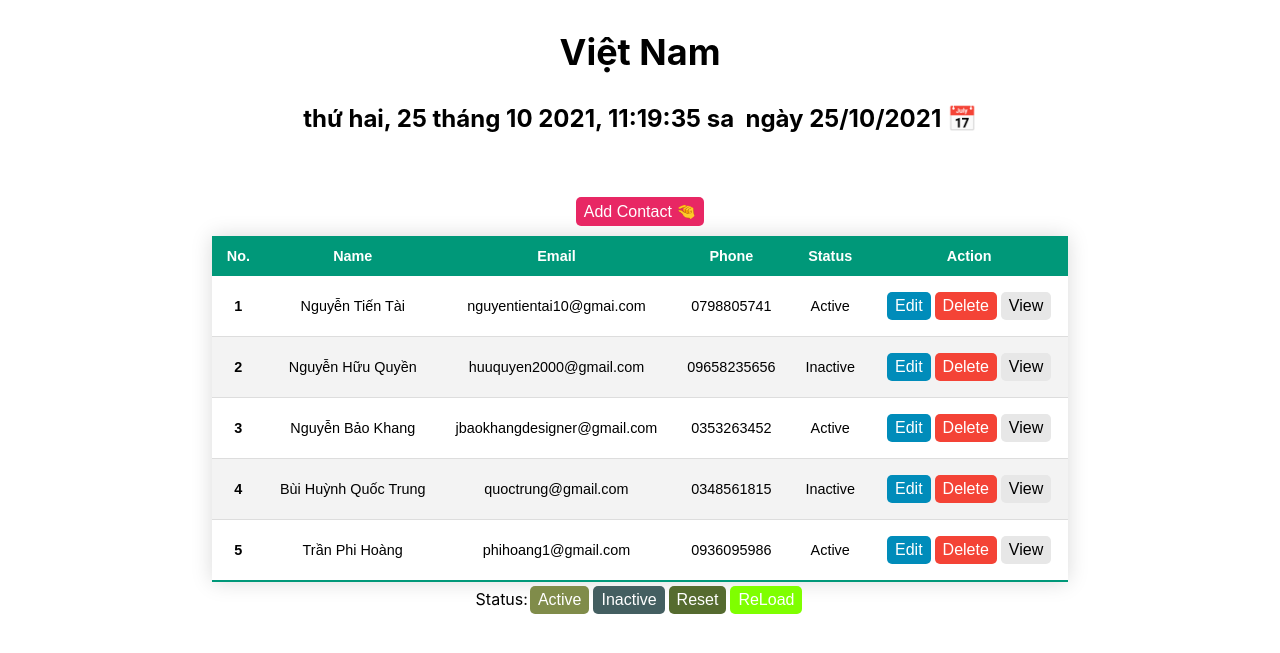
Repository: fdhhhdjd/Redux-Toolkit-CURD-Firebase
Page: /
These files come from the project's save history. The page is drawn as it stood at one moment and after the next save; the edit follows.
The browser window is 1280 px wide. The pictures show the whole page.
The project was rebuilt for these pictures with package versions that can differ from the ones it lists, and the page was loaded fresh each time. Also part of the build but not shown: src/Styles/AddEdit.css, src/Component/AddEdit.js, src/Styles/View.css, src/Component/View.js.

Above is the page before, as saved 2021-10-25 13:36:28.

### src/index.js
import React from "react";
import ReactDOM from "react-dom";
import "./index.css";
import App from "./App";
import store from "./Redux/Store";
import { Provider } from "react-redux";
import * as serviceWorker from "./serviceWorker";
import { ToastContextProvider } from "./ToastContext/ToastContext";

ReactDOM.render(
  <React.StrictMode>
    <Provider store={store}>
      <ToastContextProvider>
        <App />
      </ToastContextProvider>
    </Provider>
  </React.StrictMode>,
  document.getElementById("root")
);

// If you want your app to work offline and load faster, you can change
// unregister() to register() below. Note this comes with some pitfalls.
// Learn more about service workers: https://bit.ly/CRA-PWA
serviceWorker.unregister();

### src/App.js
import React from "react";
import "./App.css";
import { BrowserRouter, Switch, Route } from "react-router-dom";
import { ToastContainer } from "react-toastify";
import "react-toastify/dist/ReactToastify.css";
import { Home, View, AddEdit } from "./import/Index";
function App() {
  return (
    <>
      <BrowserRouter>
        <div className="App">
          <ToastContainer position="top-center" />
          <Switch>
            <Route exact path="/" component={Home} />
            <Route path="/add" component={AddEdit} />
            <Route path="/update/:id" component={AddEdit} />
            <Route path="/view/:id" component={View} />
          </Switch>
        </div>
      </BrowserRouter>
    </>
  );
}

export default App;

### src/Redux/Store.js
import { configureStore, createStore } from "@reduxjs/toolkit";
import logger from "redux-logger";
import thunk from "redux-thunk";
import { composeWithDevTools } from "redux-devtools-extension";
import ContactReducer from "./ContactSlice";
const middleware = [thunk];
if (process.env.NODE_ENV === "development") {
  middleware.push(logger);
}
const store = configureStore({
  reducer: {
    todos: ContactReducer,
    middleware: [logger],
  },
});

export default store;

### src/ToastContext/ToastContext.js
import React, { useState, createContext, useEffect, useRef } from "react";
export const ToastContext = createContext();
export const ToastContextProvider = ({ children }) => {
  const [list, setList] = useState([]);
  let toastProperties = null;
  const showToast = (type) => {
    switch (type) {
      case "success":
        toastProperties = {
          id: list.length + 1,
          title: "Success",
          icon: "fas fa-check-circle",
          description: "Add user Success 😊",
          backgroundColor: "toast--success",
        };
        break;
      case "danger":
        toastProperties = {
          id: list.length + 1,
          title: "Danger",
          description: "Thất bại",
          backgroundColor: "toast--error",
          button: "btn btn--danger",
          json: "fas fa-exclamation-triangle",
        };
        break;
      case "info":
        toastProperties = {
          id: list.length + 1,
          title: "Info",
          description: "Khá thành công",
          backgroundColor: "toast--info",
          json: "fas fa-info",
        };
        break;
      case "warning":
        toastProperties = {
          id: list.length + 1,
          title: "Warning",
          description: "Gần thất bại",
          backgroundColor: "toast--warning",
          json: "fas fa-radiation-alt",
        };
        break;
      default:
        toastProperties = [];
    }
    setList([...list, toastProperties]);
  };
  const data = { list, setList, showToast };

  return <ToastContext.Provider value={data}>{children}</ToastContext.Provider>;
};

### src/import/Index.js
export { default as Home } from "../Component/Home";
export { default as AddEdit } from "../Component/AddEdit";
export { default as View } from "../Component/View";

### src/Redux/ContactSlice.js
import { createSlice, createAsyncThunk } from "@reduxjs/toolkit";
import { v4 as uuidv4 } from "uuid";
import { nanoid } from "nanoid";
const initialState = {
  contacts: [
    {
      id: 1,
      name: "Nguyễn Tiến Tài",
      email: "nguyentientai10@gmai.com",
      phone: "0798805741",
      status: "Active",
    },
    {
      id: 2,
      name: "Nguyễn Hữu Quyền",
      email: "huuquyen2000@gmail.com",
      phone: "09658235656",
      status: "Inactive",
    },
    {
      id: 3,
      name: "Nguyễn Bảo Khang",
      email: "jbaokhangdesigner@gmail.com",
      phone: "0353263452",
      status: "Active",
    },
    {
      id: 4,
      name: "Bùi Huỳnh Quốc Trung	",
      email: "quoctrung@gmail.com",
      phone: "0348561815",
      status: "Inactive",
    },
    {
      id: 5,
      name: "Trần Phi Hoàng",
      email: "phihoang1@gmail.com",
      phone: "0936095986",
      status: "Active",
    },
  ],
  contact: {
    name: "",
    email: "",
    phone: "",
    status: "",
  },
  filter: "All",
};
const TodoSlice = createSlice({
  name: "todos",
  initialState,
  reducers: {
    getContact: (state, action) => {
      state.contact = state.contacts.find((item) => item.id == action.payload);
    },
    addContact: (state, action) => {
      const newData = { ...action.payload, id: uuidv4() };
      state.contacts = [...state.contacts, newData];
    },
    deleteContact: (state, action) => {
      state.contacts = state.contacts.filter(
        (item) => item.id !== action.payload
      );
    },
    updateContact: (state, action) => {
      state.contacts = state.contacts.map((item) =>
        item.id === action.payload.id ? action.payload : item
      );
    },
    setFilter: (state, action) => {
      state.filter = action.payload;
    },
  },
});
const ContactReducer = TodoSlice.reducer;
export const {
  addContact,
  deleteContact,
  getContact,
  updateContact,
  setFilter,
} = TodoSlice.actions;
export const GetTodo = (state) => state.todos;
export default ContactReducer;

### src/Component/Home.js
import React from "react";
import { useDispatch, useSelector } from "react-redux";
import { deleteContact, GetTodo, setFilter } from "../Redux/ContactSlice";
import { Link } from "react-router-dom";
import { toast } from "react-toastify";
import "../Styles/Home.css";
import Moments from "./Moments";
const Home = () => {
  const { contacts, filter } = useSelector(GetTodo);
  const dispatch = useDispatch();
  const deleteFilterContact = (id) => {
    if (window.confirm("Are you sure you want to delete  ?")) {
      dispatch(deleteContact(id), toast.success("Delete user Success 😉"));
    }
  };

  const handleReloading = () => {
    window.location.reload();
  };

  return (
    <>
      <Moments />
      <div style={{ marginTop: "60px" }}>
        <Link to="/add">
          <button className="btn btn-contact">Add Contact 🤏</button>
        </Link>
        <table className="styled-table">
          <thead>
            <tr>
              <th style={{ textAlign: "center" }}>No.</th>
              <th style={{ textAlign: "center" }}>Name</th>
              <th style={{ textAlign: "center" }}>Email</th>
              <th style={{ textAlign: "center" }}>Phone</th>
              <th style={{ textAlign: "center" }}>Status</th>
              <th style={{ textAlign: "center" }}>Action</th>
            </tr>
          </thead>
          <tbody>
            {contacts
              .filter((item) => {
                if (filter === "All") {
                  return item;
                } else {
                  return item.status === filter;
                }
              })
              .map((item, index) => {
                return (
                  <tr key={item.id}>
                    <th scope="row">{index + 1}</th>
                    <td>{item.name}</td>
                    <td>{item.email}</td>
                    <td>{item.phone}</td>
                    <td>{item.status}</td>
                    <td>
                      <Link to={`/update/${item.id}`}>
                        <button className="btn btn-edit">Edit</button>
                      </Link>
                      <button
                        className="btn btn-delete"
                        onClick={() => deleteFilterContact(item.id)}
                      >
                        Delete
                      </button>
                      <Link to={`/view/${item.id}`}>
                        <button className="btn btn-view">View</button>
                      </Link>
                    </td>
                  </tr>
                );
              })}
          </tbody>
        </table>
        <label htmlFor="">Status:</label>
        <button
          className="btn btn-active"
          onClick={() => dispatch(setFilter("Active"))}
        >
          Active
        </button>
        <button
          className="btn btn-inactive"
          onClick={() => dispatch(setFilter("Inactive"))}
        >
          Inactive
        </button>
        <button
          className="btn btn-reset"
          onClick={() => dispatch(setFilter("All"))}
        >
          Reset
        </button>
        <button className="btn btn-reload" onClick={handleReloading}>
          ReLoad
        </button>
      </div>
    </>
  );
};

export default Home;

### src/Styles/Home.css
.styled-table {
    border-collapse: collapse;
    margin: auto;
    font-size: 0.9em;
    font-family: sans-serif;
    max-width: 1000px;
    box-shadow: 0 0 20px rgba(0, 0, 0, 0.15);
  }

  .styled-table thead tr {
    background-color: #009879;
    color: #ffffff;
    text-align: left;
  }

  .styled-table th,
  .styled-table td {
    padding: 12px 15px;
  }

  .styled-table tbody tr {
    border-bottom: 1px solid #dddddd;
  }

  .styled-table tbody tr:nth-of-type(even) {
    background-color: #f3f3f3;
  }

  .styled-table tbody tr:last-of-type {
    border-bottom: 2px solid #009879;
  }

  .btn {
    border: none;
    color: white;
    padding: 5px 8px;
    text-align: center;
    text-decoration: none;
    display: inline-block;
    border-radius: 5px;
    font-size: 16px;
    margin: 4px 2px;
    cursor: pointer;
  }

  .btn-edit {
    background-color: #008cba;
  }

  .btn-delete {
    background-color: #f44336;
  }

  .btn-view {
    background-color: #e7e7e7;
    color: black;
  }

  .btn-contact {
    background-color: #e82764;
    margin-bottom: 10px;
  }


  .btn-active {
    background-color: #808c4a;
    color: #fff;
  }

  .btn-inactive {
    background-color: #445f61;
    color: #fff;
  }

  .btn-reset {
    background-color: darkolivegreen;
    color: #fff;
  }
  .btn-reload{
    background-color: chartreuse;
    color: white;
  }

### src/Component/Moments.js
import React, { useEffect, useState } from "react";
import Moment from "react-moment";
import "moment/locale/vi";
const Moments = () => {
  const [Time, setTime] = useState("");
  let today = new Date();
  let date =
    today.getDate() + "/" + (today.getMonth() + 1) + "/" + today.getFullYear();
  useEffect(() => {
    const timer = setInterval(() => setTime(new Date(Date.now())), 1000);
    return () => clearInterval(timer);
  }, []);
  return (
    <div>
      <h2>
        <h2>Việt Nam </h2>
        <strong>
          <Moment format=" dddd, Do MMMM  YYYY, LT:ss a">{Time}</Moment>
        </strong>
        &nbsp; ngày {date} 📅
      </h2>
    </div>
  );
};

export default Moments;

Loaded but not shown: public/index.html (common file); src/index.css (common file); src/serviceWorker.js (common file); src/App.css (common file)

After the next save:
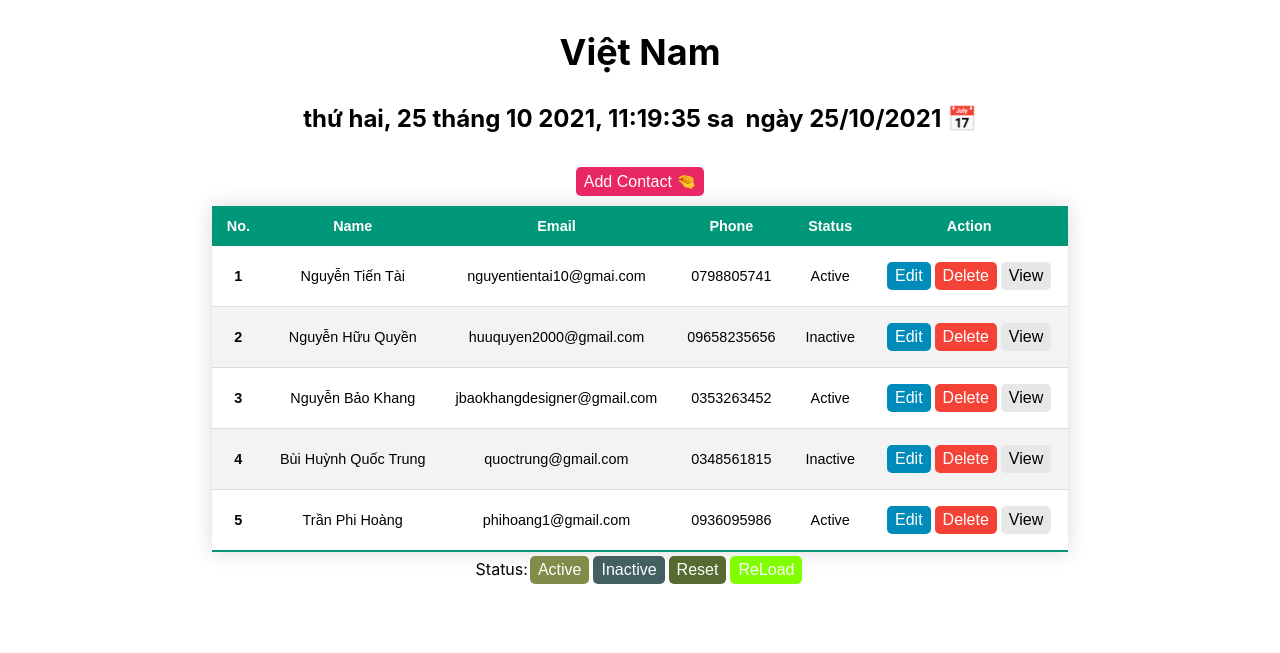
Saved 10 s later.
--- a/src/Component/Home.js
+++ b/src/Component/Home.js
@@ -21,7 +21,7 @@ const Home = () => {
   return (
     <>
       <Moments />
-      <div style={{ marginTop: "60px" }}>
+      <div style={{ marginTop: "30px" }}>
         <Link to="/add">
           <button className="btn btn-contact">Add Contact 🤏</button>
         </Link>
